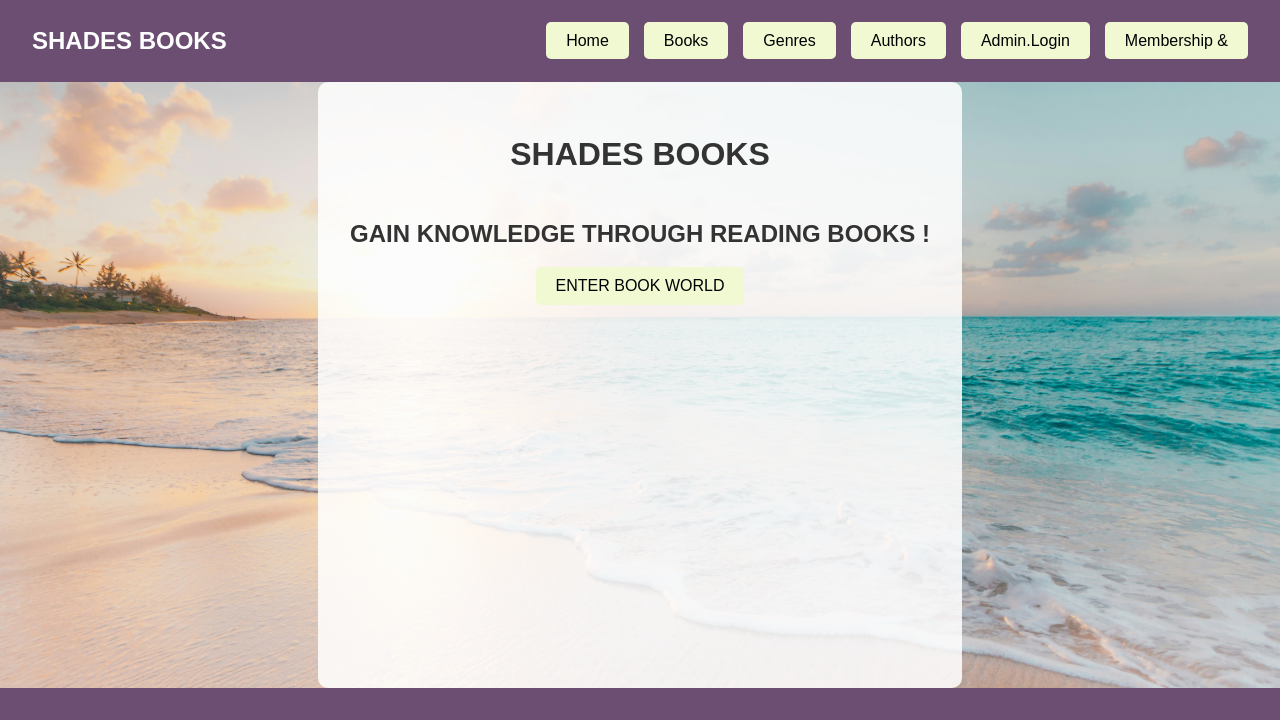
Repository: Harishsuresh-kumar/Library-Web
Page: WORK SITE/User.html
An editor plug-in stored every save of this project. The page is shown before and after a run of saves, followed by the edit.
The browser window is 1280 px wide. The pictures show the whole page.

Above is the page before, as saved 2024-11-07 14:08:56.

### WORK SITE/User.html
<!DOCTYPE html>
<html lang="en">
<head>
    <meta charset="UTF-8">
    <meta name="viewport" content="width=device-width, initial-scale=1.0">
    <title>Online Library Management System</title>
    <link rel="stylesheet" href="user.css">
</head>
<body>
    <div class="wrapper">
        <header>
            <div class="logo">
                <h2>SHADES BOOKS</h2>
            </div>
            <nav>
                <ul>
                    <li><a href="User.html" class="button">Home</a></li>
                    <li><a href="Book.html" class="button">Books</a></li>
                    <li><a href="genre.html" class="button">Genres</a></li>
                    <li><a href="Authors.html" class="button">Authors</a></li>
                    <li><a href="admin pass.html" class="button"> Admin.Login</a></li>
                    <li><a href="Membership.html" class="button">Membership &</a></li>
                </ul>
            </nav>
        </header>

        <section class="feature-section">
            <div class="overlay">
                <h1>SHADES BOOKS</h1>

                <div class="carousel">
                    <div class="carousel-item">
                        <!-- Add carousel images here -->
                    </div>
                </div>
                <h2>GAIN KNOWLEDGE THROUGH READING BOOKS !</h2>
                <button type="button" onclick="book()">ENTER BOOK WORLD</button>
                <script>
                    function book(){
                        window.location.href="Book.html";
                    }
                </script>

            </div>
        </section>

        <footer>

        </footer>
    </div>
</body>
</html>

### WORK SITE/user.css
/* Basic styles for the body and html */
body, html {
    margin: 0;
    padding: 0;
    font-family: 'Arial', sans-serif;
    background-image: url('Admin\ image.jpg');
    color: #333;
    height: 100%;
    background-size: cover;
    background-repeat: no-repeat;
    background-position: center;
}

.wrapper {
    display: flex;
    flex-direction: column;
    min-height: 100vh;
}

header {
    background-color: #6B4E71; /* Soft Purple for the header */
    color: #fff;
    padding: 1rem 2rem;
    display: flex;
    align-items: center;
    justify-content: space-between;
}

.logo {
    display: flex;
    align-items: center;
}

.logo img {
    height: 50px;
    width: 50px;
    margin-right: 10px;
    border-radius: 50%;
}

header h2 {
    font-size: 24px;
    margin: 0;
}

nav ul {
    list-style: none;
    display: flex;
    gap: 15px;
}

nav ul li a {
    color: #fff;
    text-decoration: none;
    padding: 5px 10px;
    border-radius: 5px;
    transition: background 0.3s;
}

nav ul li a:hover {
    background-color: #967BB6; /* Light Purple on hover */
}

.feature-section {
    padding: 4rem 2rem;
    text-align: center;
    flex: 1;
    background: rgba(255, 255, 255, 0.85); /* Light overlay */
    border-radius: 10px;
    max-width: 800px;
    margin: 0 auto;
}

.carousel {
    display: flex;
    justify-content: center;
    gap: 15px;
    margin: 20px 0;
}

.carousel-item img {
    width: 150px;
    height: 200px;
    object-fit: cover;
    border-radius: 8px;
    box-shadow: 0 4px 8px rgba(0, 0, 0, 0.1);
}

button, .button {
    background-color: #f1f9d3; /* Soft Purple */
    color: #000;
    padding: 10px 20px;
    border: none;
    border-radius: 5px;
    font-size: 16px;
    cursor: pointer;
    transition: background 0.3s;
}

button:hover, .button:hover {
    background-color: #967BB6; /* Light Purple on hover */
}

footer {
    background-color: #6B4E71; /* Soft Purple */
    color: #fff;
    text-align: center;
    padding: 1rem;
}

footer ul {
    list-style: none;
    display: flex;
    gap: 15px;
    padding: 0;
    margin: 0;
    justify-content: center;
}

footer ul li a {
    color: #fff;
    text-decoration: none;
    transition: color 0.3s;
}

footer ul li a:hover {
    color: #D1C4E9; /* Light Lavender */
}

h1 {
    color: #333;
    font-size: 2rem;
    margin-top: -10px;
}

h5 {
    color: #6B4E71;
    font-size: 1.2rem;
    margin-top: 10px;
}

After the next 3 saves:
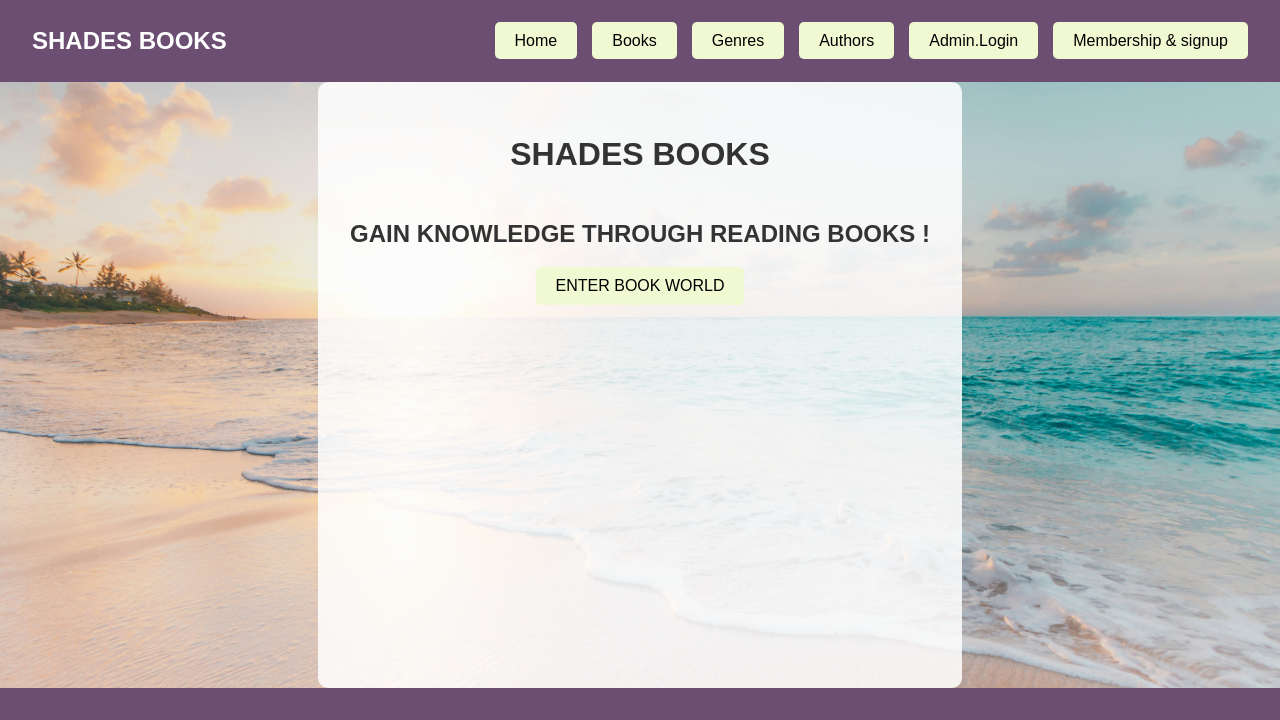
The 3 saves are shown as one change because they came seconds apart.
The last was saved 9 s later.
--- a/WORK SITE/User.html
+++ b/WORK SITE/User.html
@@ -19,7 +19,7 @@
                     <li><a href="genre.html" class="button">Genres</a></li>
                     <li><a href="Authors.html" class="button">Authors</a></li>
                     <li><a href="admin pass.html" class="button"> Admin.Login</a></li>
-                    <li><a href="Membership.html" class="button">Membership &</a></li>
+                    <li><a href="Membership.html" class="button">Membership & signup</a></li>
                 </ul>
             </nav>
         </header>
